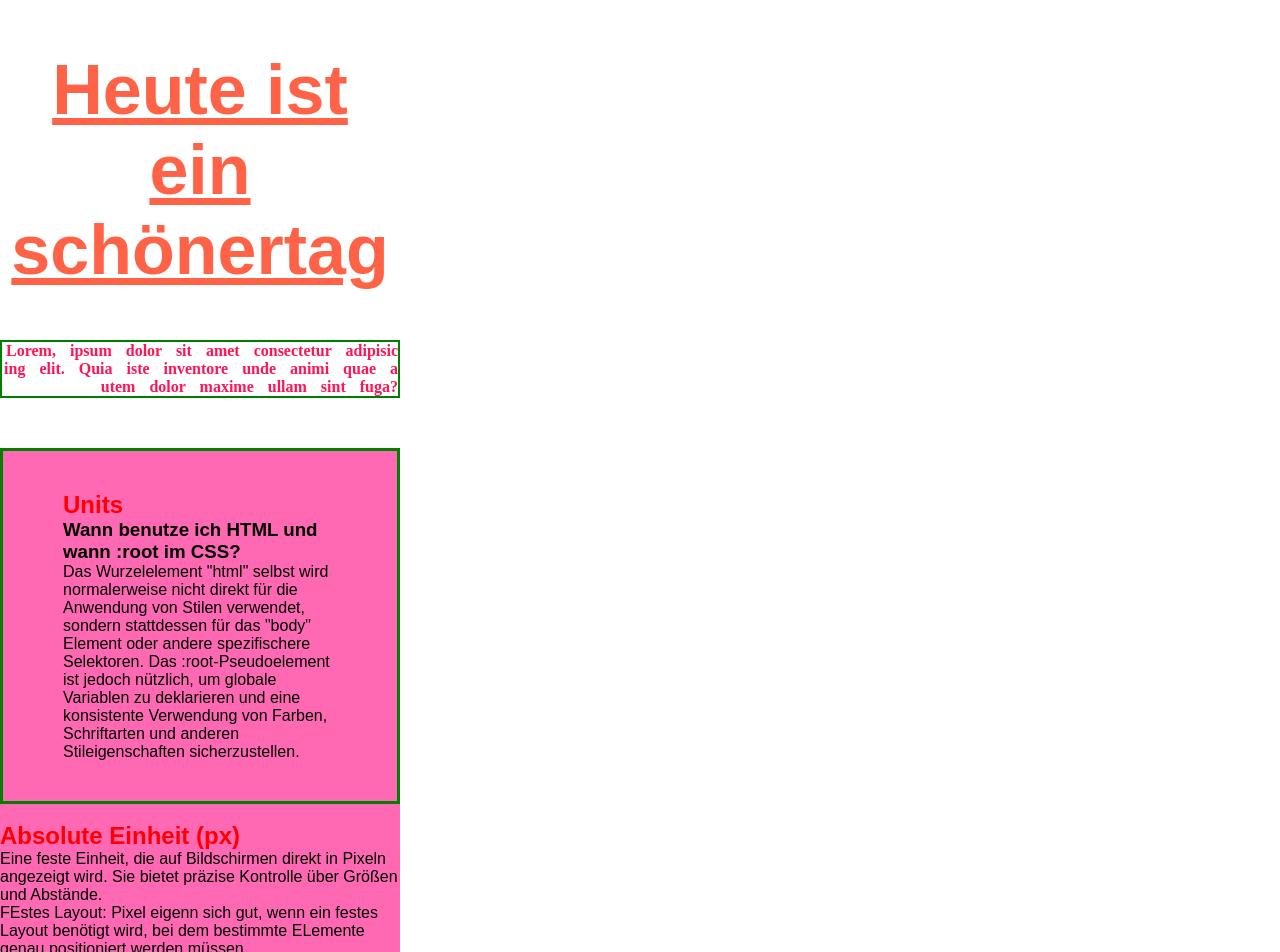
Repository: m0lt/modul_1
Page: 20250703_Tag3/index.html
An editor plug-in stored every save of this project. The page is shown before and after the next save, followed by the edit.
The browser window is 1280 px wide. The pictures show the part of the page from y = 0 to 952 px (the page is 2074 px tall before and 1944 px after).
A picture or video elsewhere on the page could not be fetched, so the positions and the page height are approximate. Some web fonts or font styles are not loaded; a fallback is used.

Above is the page before, as saved 2025-07-03 10:49:13.

### 20250703_Tag3/index.html
<!DOCTYPE html>
<html lang="en">
<head>
    <meta charset="UTF-8">
    <meta name="viewport" content="width=device-width, initial-scale=1.0">
    <link rel="stylesheet" href="./assets/css/styles.css">
    <title>Document</title>
</head>
<body>
    <!-- Todo Fonts-->
    <!-- Todo Units-->

    <header>
        <h1>Heute ist ein schönertag</h1>
        <p>Lorem, ipsum dolor sit amet consectetur adipisicing elit. Quia iste inventore unde animi quae autem dolor maxime ullam sint fuga?</p>
    </header>
    <main>
        <article>
            <h2>Units</h2>
            <h3>Wann benutze ich HTML und wann :root im CSS?</h3>
            <p>Das Wurzelelement "html" selbst wird normalerweise nicht direkt für die Anwendung von Stilen verwendet, sondern stattdessen für das "body" Element oder andere spezifischere Selektoren. Das :root-Pseudoelement ist jedoch nützlich, um globale Variablen zu deklarieren und eine konsistente Verwendung von Farben, Schriftarten und anderen Stileigenschaften sicherzustellen.</p>
        </article>
        <br>
        <section>
            <!-- ! Absolute EInheit -->
            <h2>Absolute Einheit (px)</h2>
            <p>Eine feste Einheit, die auf Bildschirmen direkt in Pixeln angezeigt wird. Sie bietet präzise Kontrolle über Größen und Abstände.</p>
            <p>FEstes Layout: Pixel eigenn sich gut, wenn ein festes Layout benötigt wird, bei dem bestimmte ELemente genau positioniert werden müssen</p>


            <div class="box"></div>
            <p>Lorem ipsum dolor sit amet consectetur, adipisicing elit. Adipisci omnis eos, fugiat quae ipsum assumenda. Dicta molestiae dolorem esse quibusd</p>
            <p>Nachteile: Lorem ipsum dolor sit amet, consectetur adipisicing elit. Quaerat numquam, mollitia repellendus sint architecto est, ad veritatis sed iusto quibusdam fuga cumque exercitationem! Minus vitae consequuntur modi molestiae? Culpa cum dignissimos veniam, consectetur placeat ipsum nulla aspernatur magnam ullam similique eius eveniet repudiandae quo a quasi, deleniti libero, facilis necessitatibus!</p>
            <br>
            <p>Barrierefrei: Lorem ipsum dolor sit amet consectetur adipisicing elit. Suscipit repellendus totam iusto fugiat, neque ipsum explicabo ex quo natus laborum voluptates asperiores placeat fuga fugit quisquam vitae eaque optio, nihil repudiandae? Cumque sunt corrupti, omnis nemo at est aperiam numquam soluta? Ea quaerat perferendis veritatis facere porro officia inventore tenetur.</p>
            <br>
            <!-- ! Relative EInheit -->
            <h2>Relative Einheit</h2>
            <div class="relative_container-percent">
                <div class="Container">
                    <img src="./assets/img/cool.jpeg" alt="Cool Fish">

                </div>
            </div>
            <br>
            <h2>viewport-einheit (vh & vw)</h2>
            <p>Diese Einheiten beziehen sich auf den sichtbaren Bereich des
            Browserfensters. Sie sind ideal für das Erstellen von Layouts, die auf
            die tatsächliche Größe des Bildschirms reagieren</p>
            <div class="box1">
                <p>20% der Höner des Viewports </p>
                <p>Volle Breite, da "p" ein Blcok Element ist</p>
            </div>
            <div class="box2">
                <p>50% der breite & Höhe des Viewport </p>
            </div>
            <div class="em__font-size">
            <p>Relative Einheiten (em und rem):</p>
            <!-- * basieren auf der Schriftgröße des Elternelements bzw.
                * des Root-Elements. Em ist relativ zum Elternelement,    während Rem
                * relativ zur Schriftgröße des Root-Elements ist. -->

            <!-- * "em" bezieht sich auf die Schriftgröße des jeweiligen Elements.
               * Wenn wir also eine Schriftgröße 1em verwenden, wird diese auf die Schriftgröße des umgebenden Elements angewendet.  -->

            <!-- * "rem" bezieht sich auf die Schriftgröße des Root-Elements, normalerweise des <html>-Tags.
                * Wenn wir also eine Schriftgröße 1rem verwenden, wird diese auf die Schriftgröße des Root-Elements angewendet -- zahl x * 16 -->

            <p class="normal">Normale Schriftgröße -> 16px</p>
            <p class="larger">Vergrößerte Schriftgröße -> 1.5em = 24px</p>
            <p class="even-larger">Noch größere Schriftgröße -> 2rem</p>

            <!-- Die clamp()-Funktion ermöglicht es, einen Wert innerhalb eines bestimmten Bereichs zu begrenzen, was genau dem beschriebenen Verhalten entspricht, bei dem der Text schrumpft oder skaliert, aber innerhalb eines definierten Mindest- und Maximalwerts bleibt. -->
            <div class="content">
            <p class="title">Clamp Einheit:</p>
            <p class="text"><span>Ich bin ein Text und schrupfe bzw skaliere bis zu einem min/max Wert.</span><br>
                Die CSS-Funktion clamp() begrenzt einen Mittelwert innerhalb eines Wertebereichs zwischen einer
                definierten Mindest- und einer maximalen Begrenzung.
                Die Funktion hat drei Parameter: einen Mindestwert, einen bevorzugten Wert und einen maximal zulässigen
                Wert.</p>
            </div>
        </div>

        </section>
    </main>
    <footer>

    </footer>
</body>
</html>

### 20250703_Tag3/assets/css/styles.css
/* Global Styling */

* {
  box-sizing: border-box;
  margin: 0;
  padding: 0;
}

html{
    /* unser root verzeichnis */
    font-size: 16px;
    /* font-size: 62.5%; */
    /*ergibt 10 px */
    font-family: Arial, Helvetica, sans-serif;
}

/* Root ist wie ein Lagerhasu und man kann bestimmte eigenschaften auslagern und sie später wieder verweden. */
:root{
    --header-h2-color: #ff1555;
    width: 400px;
    --bg-color-yellow: rgb(253, 152, 0);
}

h2{
    color: red;
}

@font-face {
    font-family: "Caveat-Variable";
    src: url("../fonts/Caveat-VariableFont_wght.ttf");
}

/* Element Styling */

header{
    margin: 50px auto;

}

h1{
    font-family: Caveat-Variable, sans-serif;
    font-size: 70px;
    text-decoration: underline;
    text-align: center; /*Horizontale Ausrichtung*/
    color: tomato;
    margin-bottom: 50px;

}

header p{
    color: var(--header-h2-color);
    border: 2px solid green;
    font-family: "Caveat-Variable";
    font-weight: 900;
    text-align: right;
    /* letter-spacing: 10px; */
    word-spacing: 10px;
    word-break: break-all;

}

main{
    background-color: hotpink;
}

main article{
    padding: 40px 60px;
    border: 3px solid green;
}

After the next save:
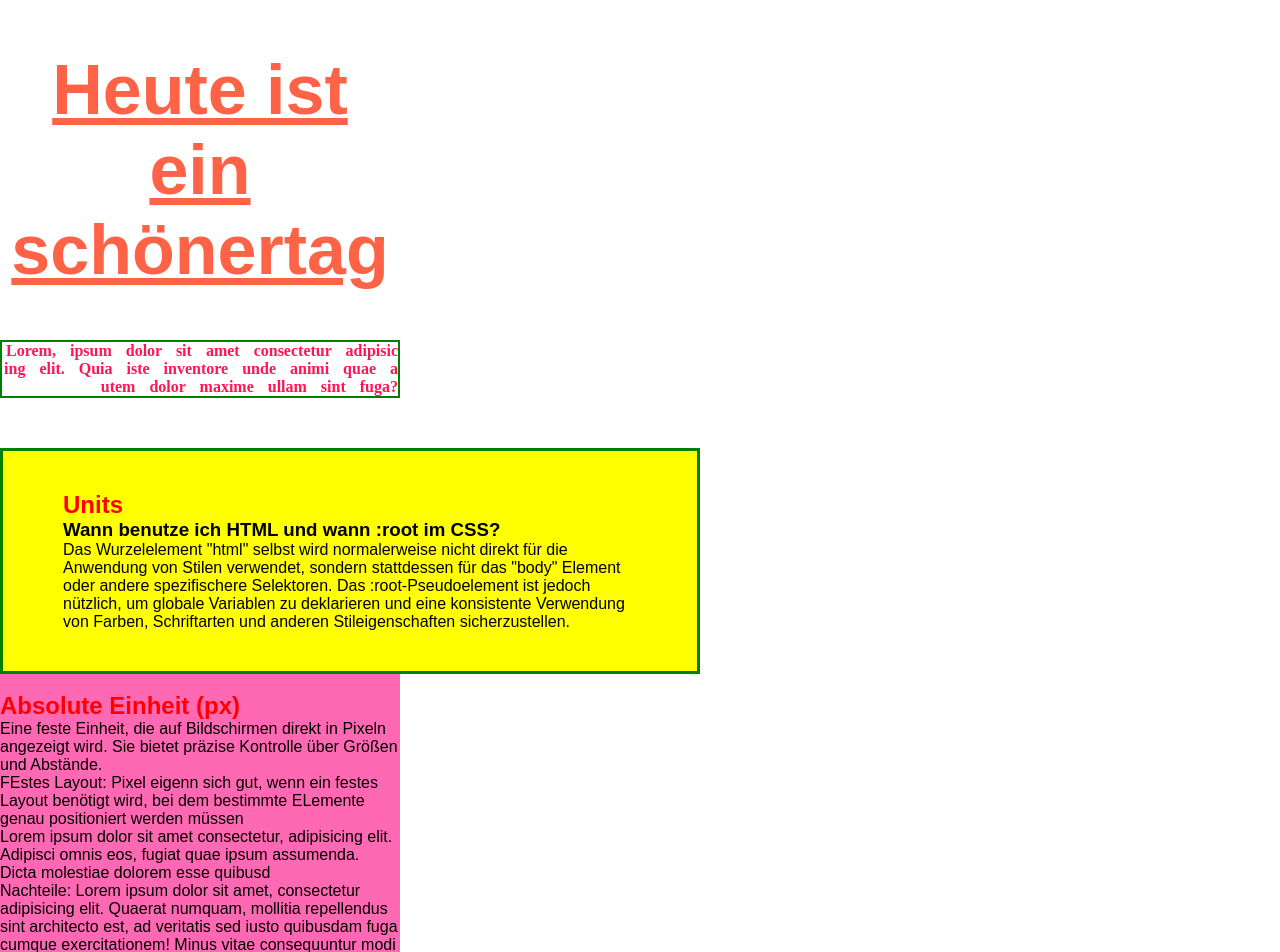
Saved 67 s later.
--- a/20250703_Tag3/assets/css/styles.css
+++ b/20250703_Tag3/assets/css/styles.css
@@ -66,4 +66,6 @@
 main article{
     padding: 40px 60px;
     border: 3px solid green;
+    width: 700px;
+    background-color: yellow;
 }
